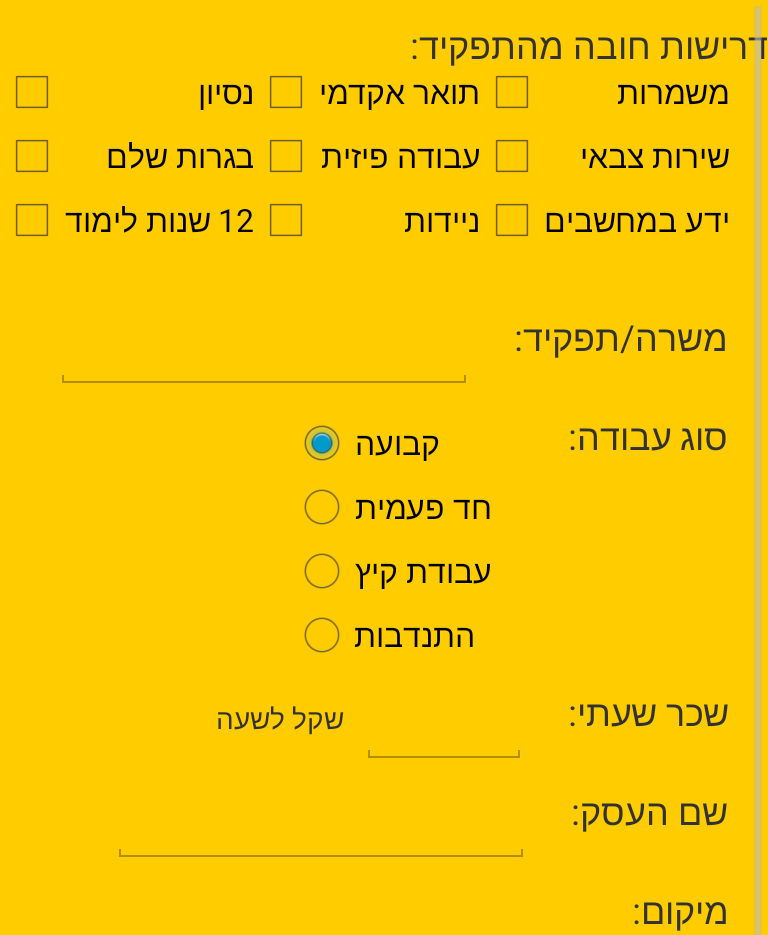
Repository: rodi055/jobli
Layout: Jobli/res/layout/fragment_create_job.xml
The author's editor kept a copy of each file at every save. The layout is drawn from the files as they stood at one save, then again after the next save.
The pictures show rows 0 to 935 of an output 1280 px tall.
Pictures or frames that could not be fetched are drawn as grey boxes. It is drawn on a 768 x 1280 px phone screen (xhdpi) without system bars, with theme AppTheme; the app's code is not run. The app's manifest (not shown) leaves right-to-left support off. So textAlignment, textDirection and layoutDirection are ignored, and left and right values win over start and end ones.

Above is the layout before, as saved 2015-01-03 12:46:08.

After the next save:
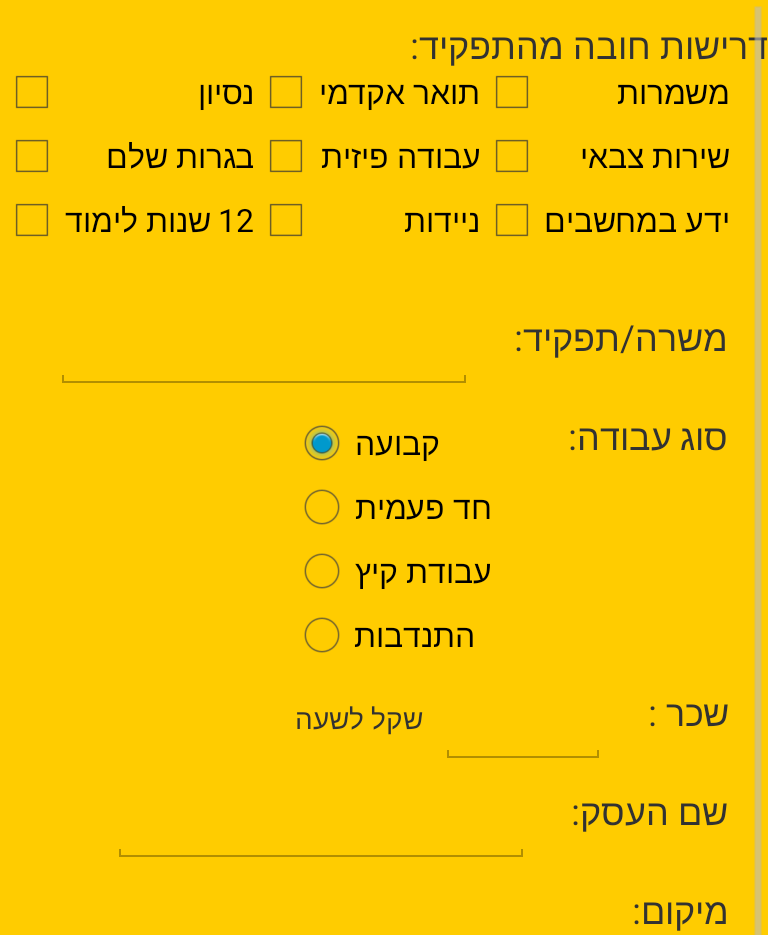
Saved 46 s later.
--- a/Jobli/res/layout/fragment_create_job.xml
+++ b/Jobli/res/layout/fragment_create_job.xml
@@ -282,7 +282,7 @@
                     android:layout_alignParentTop="true"
                     android:layout_marginEnd="20dp"
                     android:layout_marginRight="20dp"
-                    android:text="שכר שעתי:"
+                    android:text="שכר :"
                     android:textSize="18sp" />
 
                 <EditText
